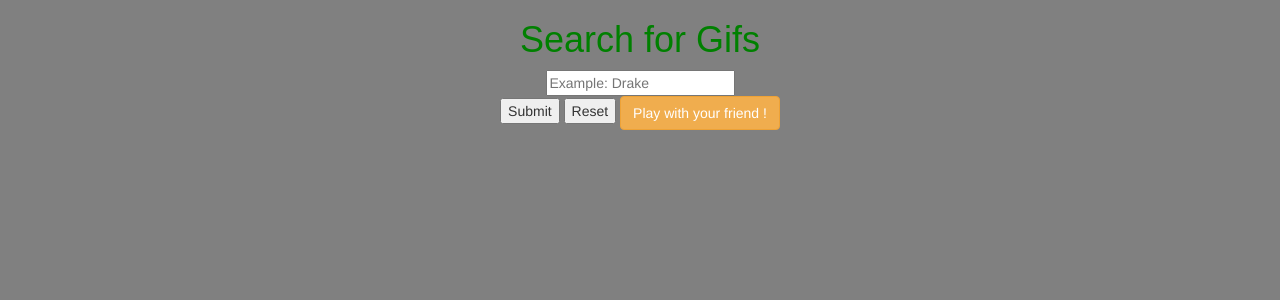
Repository: iuLIKEme/theworld
Page: giphy/index4.html
The author's editor kept a record of every edit. The page is drawn from the files as they stood at one moment, then again after the next edit.
The browser window is 1280 px wide. The pictures show the whole page.

Above is the page before.

### giphy/index4.html
<html>

    <head>
     <link rel="stylesheet" href="https://maxcdn.bootstrapcdn.com/bootstrap/3.3.6/css/bootstrap.min.css" integrity="sha384-1q8mTJOASx8j1Au+a5WDVnPi2lkFfwwEAa8hDDdjZlpLegxhjVME1fgjWPGmkzs7" crossorigin="anonymous">
    <link rel="stylesheet" type="text/css" href="style4.css">
   <script src="//code.jquery.com/jquery-1.12.0.min.js"></script>
    <script type="text/javascript" src="script4.js"></script>

        <title> Search for Gifs </title>

    </head>


    <body>

  <h1 class=title>Search for Gifs</h1>


  <div class=searchbar>

    <input id="x" type="text" name="search" placeholder="Example: Drake">

  </div>



  <div class=buttons>

    <button class="submit" onclick="search()">Submit</button>
    <button class="reset">Reset</button>
    <a href="index4.html" class="btn btn-warning" role="button">Play with your friend !</a>
  </div>




    </body>



</html>

### giphy/style4.css
body {

    background-color:gray;


}



.title {
    text-align:center;
    color:green;
    font-family: "Comic Sans MS", cursive, sans-serif ;
}


.searchbar {
    text-align:center;

}


.buttons {

    text-align:center;
}

### giphy/script4.js

$( document ).ready(function() {






// body.append("<img src= " + response.data[2].images.fixed_height.url +">");




console.log( "ready!" );
});


function search() {
    var searchuser = document.getElementById("x").value;
    var link= "https://api.giphy.com/v1/gifs/search?q="+searchuser+"&api_key=dc6zaTOxFJmzC";
    console.log(searchuser);

     $.ajax({
  url: link,
  context: document.body
}).done(function(response) {
  console.log(response);

  for (var i=0; i<response.data.length ;i++){

    $("body").append("<img src= " + response.data[i].images.fixed_height.url +">");

    }
});


}



//*console.log(response.data[2].images.fixed_height.url)

After the next edit:
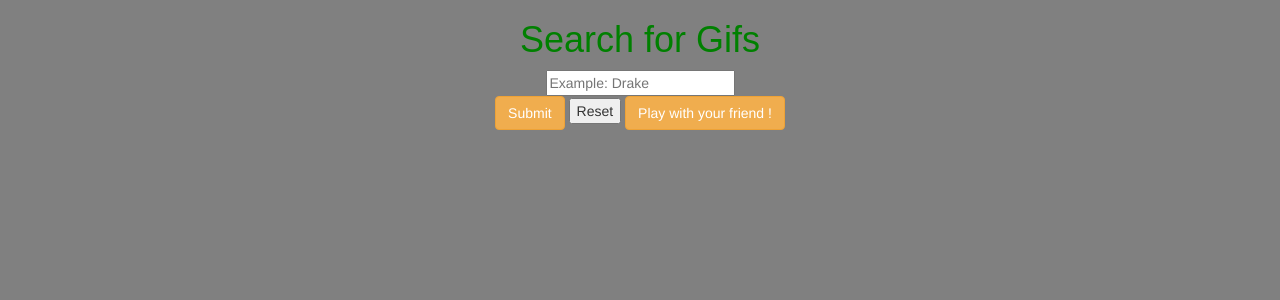
The edit:
--- a/giphy/index4.html
+++ b/giphy/index4.html
@@ -26,7 +26,7 @@
 
   <div class=buttons>
 
-    <button class="submit" onclick="search()">Submit</button>
+    <button class="btn btn-warning" onclick="search()">Submit</button>
     <button class="reset">Reset</button>
     <a href="index4.html" class="btn btn-warning" role="button">Play with your friend !</a>
   </div>
